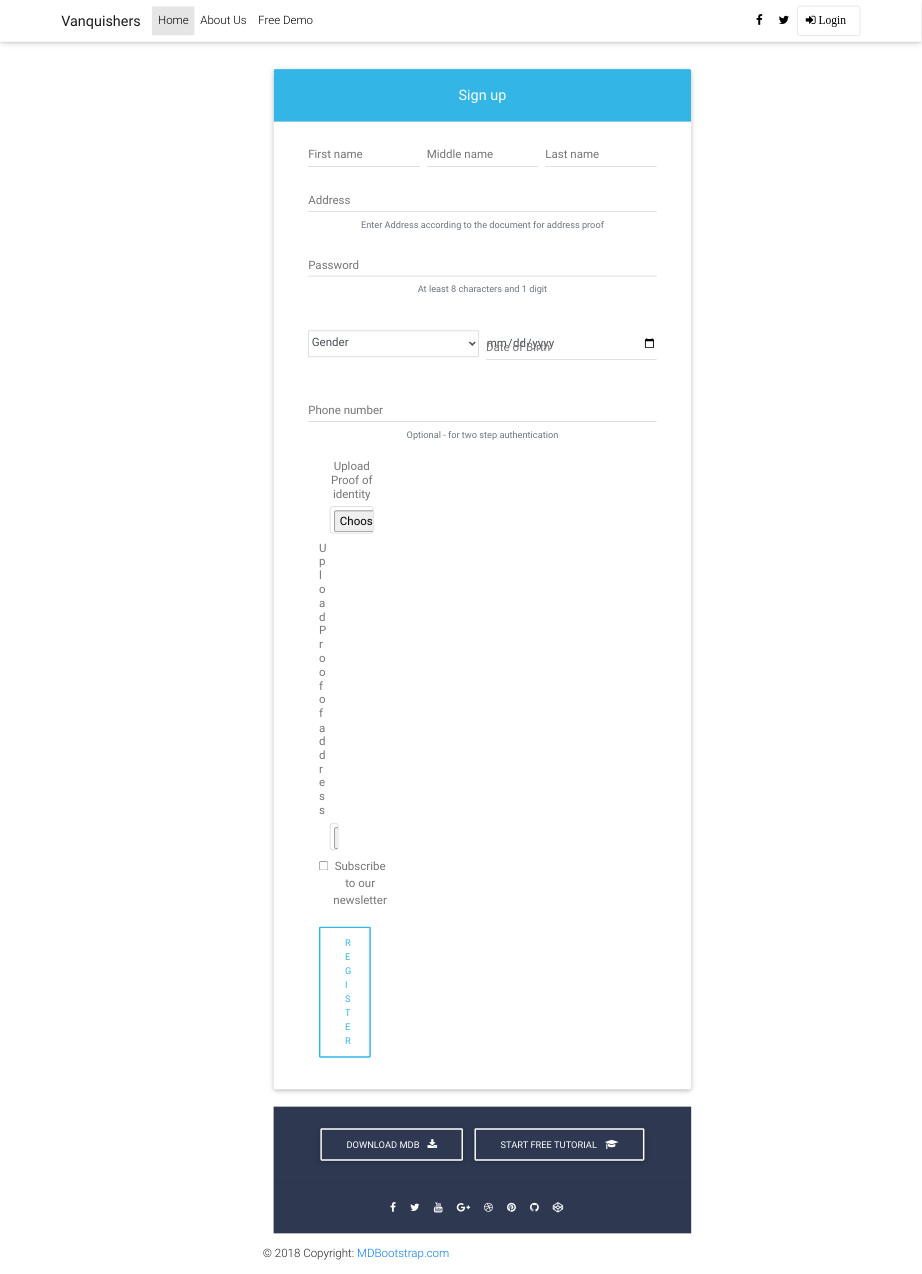
Repository: KJSCEhack/KJSCE_Vanquishers
Page: http://localhost/demo.php
These files come from the project's save history. The page is drawn as it stood at one moment and after the next save; the edit follows.
The browser window is 1280 px wide. The pictures show the whole page, at 72% of full size.
The page is run by PHP 8.4 with error messages shown; the project is at /var/www/html/.

Above is the page before, as saved 2018-10-06 10:25:37.
Console error: TypeError: $(...).material_select is not a function

After the next save:
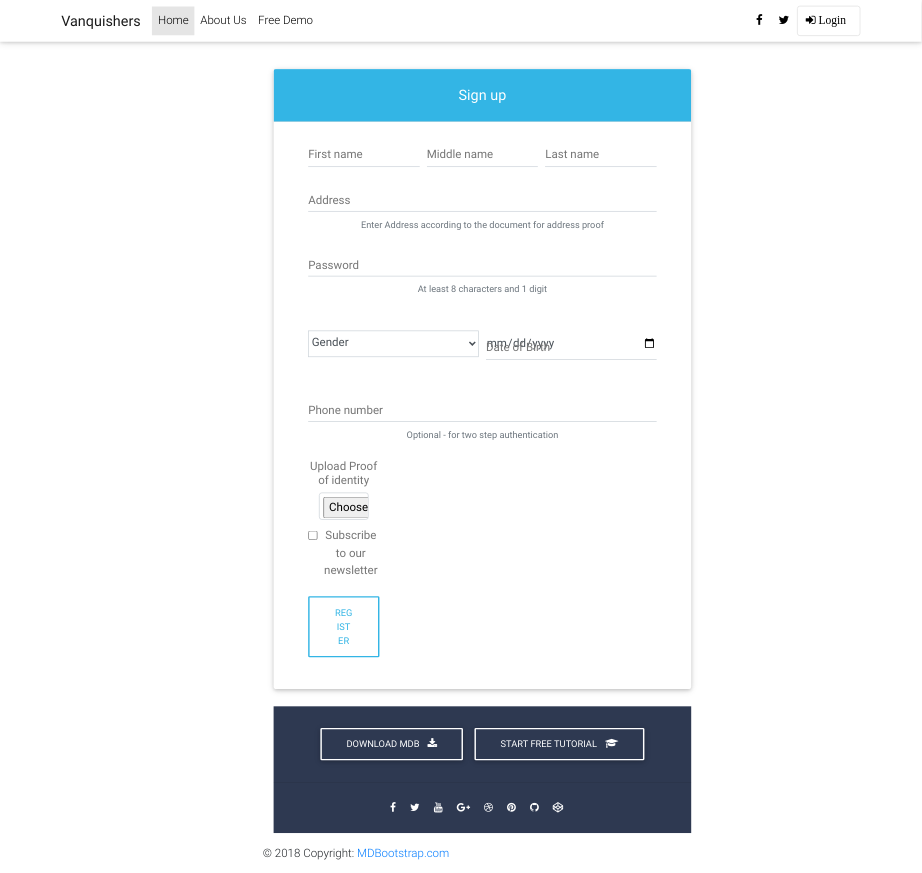
Saved 16 s later.
--- a/demo.php
+++ b/demo.php
@@ -187,7 +187,7 @@ mysqli_close($conn);
                         </small>
                     </div>
 
-                    <div class="col-md-12">
+
                     <div class="row">
                     <!-- left column -->
                     <div class="col-md-3">
@@ -201,23 +201,6 @@ mysqli_close($conn);
                         <br><br>
 
                         </div>
-                    </div>
-                        <div class="row">
-                    <!-- left column -->
-                    <div class="col-md-3">
-                        <div class="text-center">
-
-                        <h6>Upload Proof of address</h6>
-
-
-                        <div class="col-md-12">
-                        <input type="file" class="form-control"  name="poa" class="col-md-8" style="float:left; padding:5px;/">
-                        <br><br>
-
-                        </div>
-                        </div>
-
-
 
 
 
